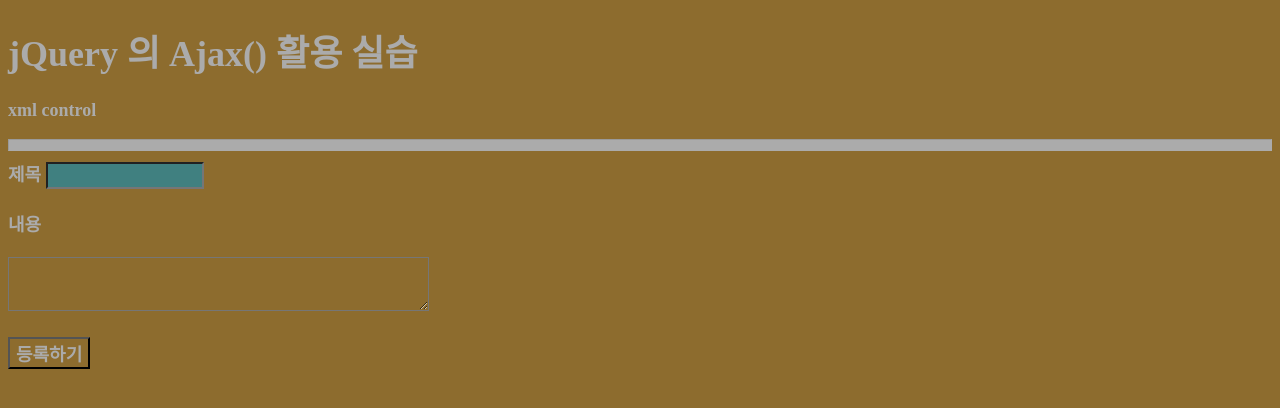
Repository: Umkimisstrong/UM_Webbb
Page: http://localhost/Ajaxjquery04/AjaxTest03.jsp
The author's editor kept a copy of each file at every save. The page is drawn from the files as they stood at one save, then again after a run of saves.
The browser window is 1280 px wide. The pictures show the whole page.
The page is served by Tomcat 9.

Above is the page before, as saved 2022-05-12 02:33:06.

After the next 2 saves:
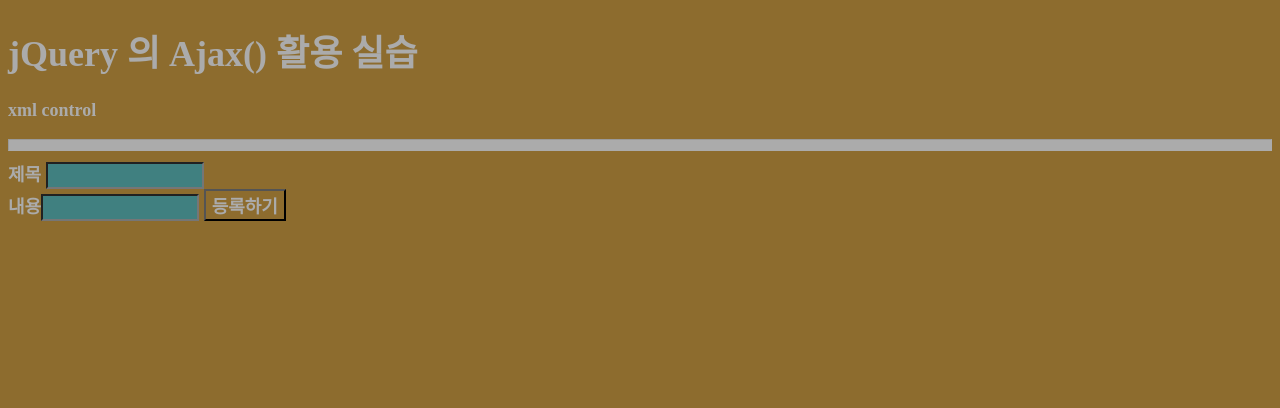
The 2 saves are shown as one change because they came seconds apart.
The last was saved 30 s later.
--- a/Ajaxjquery04/WebContent/AjaxTest03.jsp
+++ b/Ajaxjquery04/WebContent/AjaxTest03.jsp
@@ -54,11 +54,7 @@
 <div>
 	제목 <input type="text" id="title" class="txt" />
 	<br />
-	<br />
-	내용<br /><br />
-	<textarea name="" id="content" cols="50" rows="3"></textarea>
-	<br /><br />
-
+	내용<input type="text" id="content" class="txt" />
 	<input type="button" value="등록하기" id="sendBtn" />
 
 </div>
